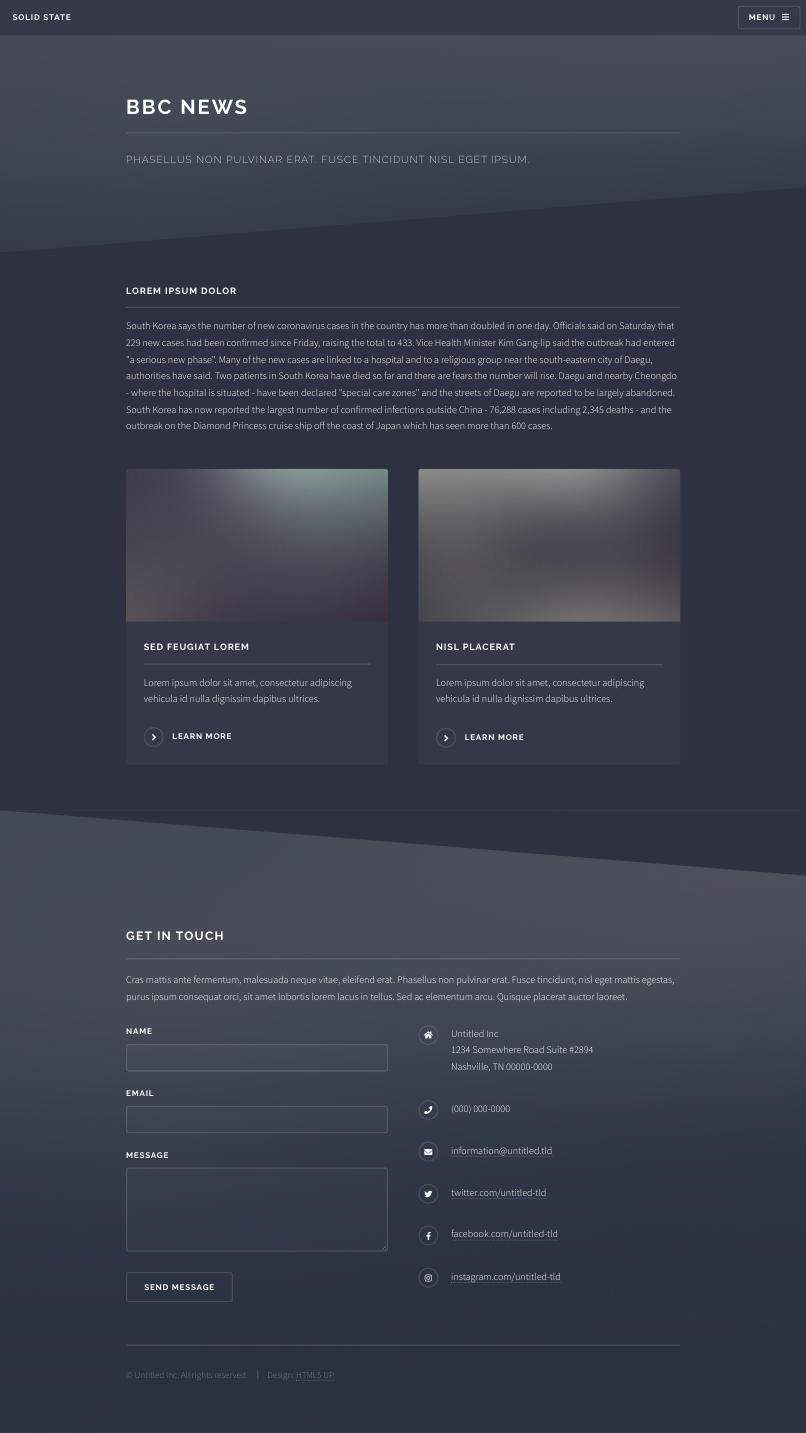
Repository: twoplus/solid_state_gr4
Page: generic.html
An editor plug-in stored every save of this project. The page is shown before and after a run of saves, followed by the edit.
The browser window is 1280 px wide. The pictures show the whole page, at 63% of full size.
Backgrounds fixed to the window are drawn as part of the page.

Above is the page before, as saved 2020-02-22 12:51:12.

### generic.html
<!DOCTYPE HTML>
<!--
	Solid State by HTML5 UP
	html5up.net | @ajlkn
	Free for personal and commercial use under the CCA 3.0 license (html5up.net/license)
-->
<html>
	<head>
		<title>Generic - Solid State by HTML5 UP</title>
		<meta charset="utf-8" />
		<meta name="viewport" content="width=device-width, initial-scale=1, user-scalable=no" />
		<link rel="stylesheet" href="assets/css/main.css" />
		<noscript><link rel="stylesheet" href="assets/css/noscript.css" /></noscript>
	</head>
	<body class="is-preload">

		<!-- Page Wrapper -->
			<div id="page-wrapper">

				<!-- Header -->
					<header id="header">
						<h1><a href="index.html">Solid State</a></h1>
						<nav>
							<a href="#menu">Menu</a>
						</nav>
					</header>

				<!-- Menu -->
					<nav id="menu">
						<div class="inner">
							<h2>Menu</h2>
							<ul class="links">
								<li><a href="index.html">Home</a></li>
								<li><a href="generic.html">Generic</a></li>
								<li><a href="elements.html">Elements</a></li>
								<li><a href="#">Log In</a></li>
								<li><a href="#">Sign Up</a></li>
							</ul>
							<a href="#" class="close">Close</a>
						</div>
					</nav>

				<!-- Wrapper -->
					<section id="wrapper">
						<header>
							<div class="inner">
								<h2>BBC news</h2>
								<p>Phasellus non pulvinar erat. Fusce tincidunt nisl eget ipsum.</p>
							</div>
						</header>

						<!-- Content -->
							<div class="wrapper">
								<div class="inner">

									<h3 class="major">Lorem ipsum dolor</h3>
									<p>
										South Korea says the number of new coronavirus cases in the country has more than doubled in one day.

Officials said on Saturday that 229 new cases had been confirmed since Friday, raising the total to 433.

Vice Health Minister Kim Gang-lip said the outbreak had entered "a serious new phase".

Many of the new cases are linked to a hospital and to a religious group near the south-eastern city of Daegu, authorities have said.

Two patients in South Korea have died so far and there are fears the number will rise.

Daegu and nearby Cheongdo - where the hospital is situated - have been declared "special care zones" and the streets of Daegu are reported to be largely abandoned.

South Korea has now reported the largest number of confirmed infections outside China - 76,288 cases including 2,345 deaths - and the outbreak on the Diamond Princess cruise ship off the coast of Japan which has seen more than 600 cases.
									</p>

									<section class="features">
										<article>
											<a href="#" class="image"><img src="images/pic04.jpg" alt="" /></a>
											<h3 class="major">Sed feugiat lorem</h3>
											<p>Lorem ipsum dolor sit amet, consectetur adipiscing vehicula id nulla dignissim dapibus ultrices.</p>
											<a href="#" class="special">Learn more</a>
										</article>
										<article>
											<a href="#" class="image"><img src="images/pic05.jpg" alt="" /></a>
											<h3 class="major">Nisl placerat</h3>
											<p>Lorem ipsum dolor sit amet, consectetur adipiscing vehicula id nulla dignissim dapibus ultrices.</p>
											<a href="#" class="special">Learn more</a>
										</article>
									</section>

								</div>
							</div>

					</section>

				<!-- Footer -->
					<section id="footer">
						<div class="inner">
							<h2 class="major">Get in touch</h2>
							<p>Cras mattis ante fermentum, malesuada neque vitae, eleifend erat. Phasellus non pulvinar erat. Fusce tincidunt, nisl eget mattis egestas, purus ipsum consequat orci, sit amet lobortis lorem lacus in tellus. Sed ac elementum arcu. Quisque placerat auctor laoreet.</p>
							<form method="post" action="#">
								<div class="fields">
									<div class="field">
										<label for="name">Name</label>
										<input type="text" name="name" id="name" />
									</div>
									<div class="field">
										<label for="email">Email</label>
										<input type="email" name="email" id="email" />
									</div>
									<div class="field">
										<label for="message">Message</label>
										<textarea name="message" id="message" rows="4"></textarea>
									</div>
								</div>
								<ul class="actions">
									<li><input type="submit" value="Send Message" /></li>
								</ul>
							</form>
							<ul class="contact">
								<li class="icon solid fa-home">
									Untitled Inc<br />
									1234 Somewhere Road Suite #2894<br />
									Nashville, TN 00000-0000
								</li>
								<li class="icon solid fa-phone">(000) 000-0000</li>
								<li class="icon solid fa-envelope"><a href="#">information@untitled.tld</a></li>
								<li class="icon brands fa-twitter"><a href="#">twitter.com/untitled-tld</a></li>
								<li class="icon brands fa-facebook-f"><a href="#">facebook.com/untitled-tld</a></li>
								<li class="icon brands fa-instagram"><a href="#">instagram.com/untitled-tld</a></li>
							</ul>
							<ul class="copyright">
								<li>&copy; Untitled Inc. All rights reserved.</li><li>Design: <a href="http://html5up.net">HTML5 UP</a></li>
							</ul>
						</div>
					</section>

			</div>

		<!-- Scripts -->
			<script src="assets/js/jquery.min.js"></script>
			<script src="assets/js/jquery.scrollex.min.js"></script>
			<script src="assets/js/browser.min.js"></script>
			<script src="assets/js/breakpoints.min.js"></script>
			<script src="assets/js/util.js"></script>
			<script src="assets/js/main.js"></script>

	</body>
</html>

Loaded but not shown: assets/js/jquery.min.js (library); assets/js/jquery.scrollex.min.js (common file); assets/css/fontawesome-all.min.css (library); assets/js/browser.min.js (common file); assets/js/breakpoints.min.js (common file); assets/js/util.js (587 lines, source omitted); assets/js/main.js (145 lines, source omitted); assets/css/main.css (4156 lines, source omitted)

After the next 2 saves:
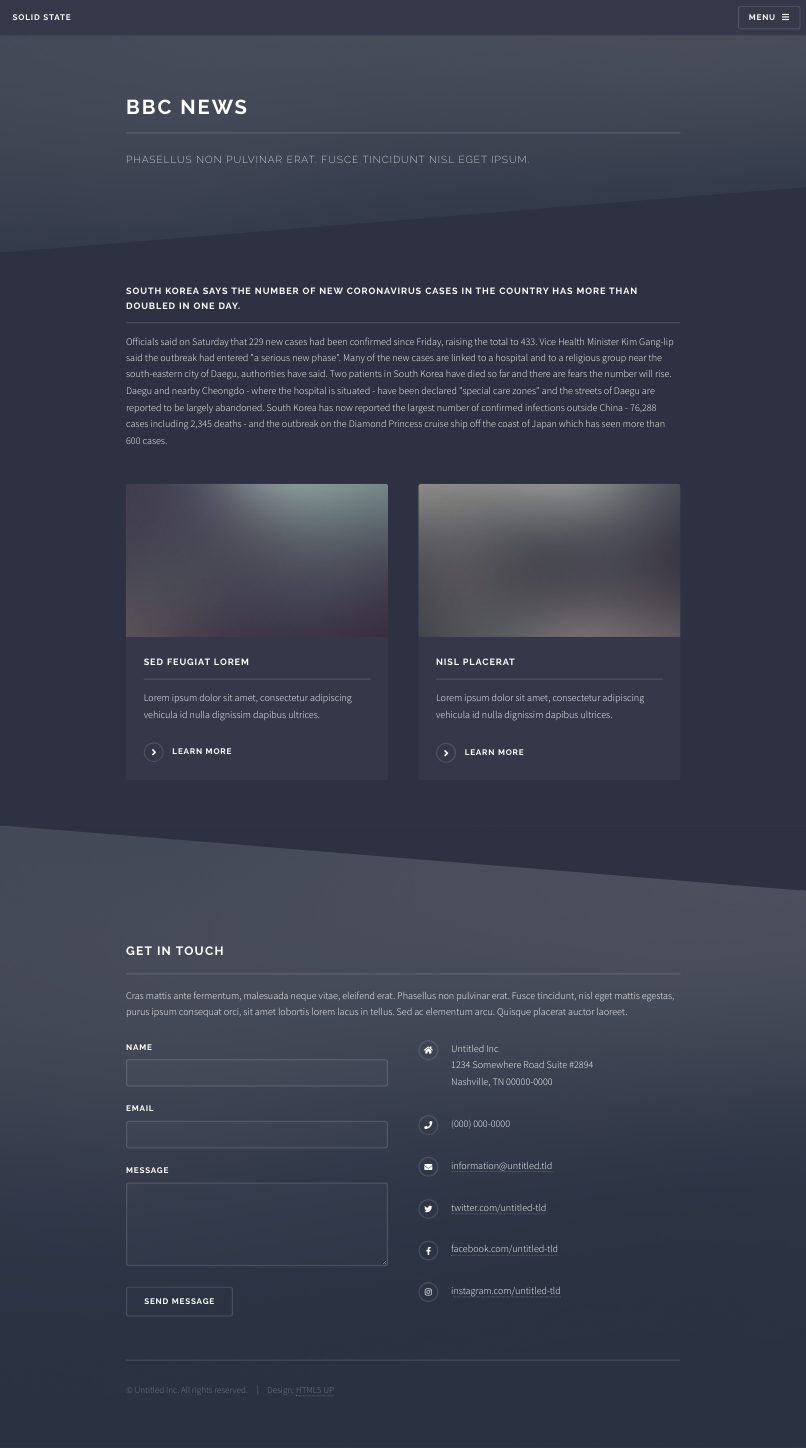
The 2 saves are shown as one change because they came seconds apart.
The last was saved 16 s later.
--- a/generic.html
+++ b/generic.html
@@ -53,9 +53,9 @@
 							<div class="wrapper">
 								<div class="inner">
 
-									<h3 class="major">Lorem ipsum dolor</h3>
+									<h3 class="major">South Korea says the number of new coronavirus cases in the country has more than doubled in one day.
+									</h3>
 									<p>
-										South Korea says the number of new coronavirus cases in the country has more than doubled in one day.
 
 Officials said on Saturday that 229 new cases had been confirmed since Friday, raising the total to 433.
 
